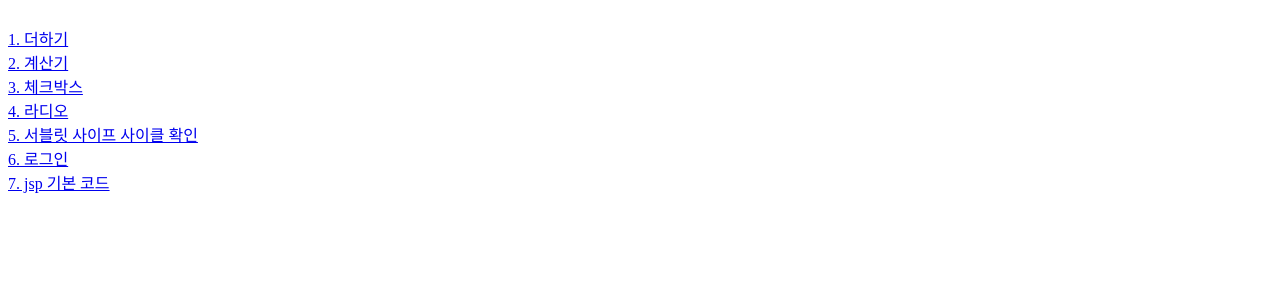
Repository: minimelody/servlet
Page: webworkspace2/web1/WebContent/index.html
An editor plug-in stored every save of this project. The page is shown before and after the next save, followed by the edit.
The browser window is 1280 px wide. The pictures show the whole page.

Above is the page before, as saved 2018-05-18 07:52:49.

After the next save:
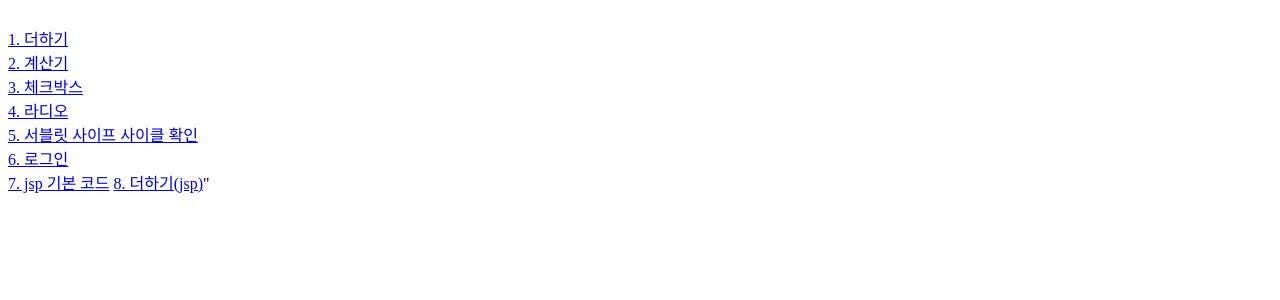
Saved 9 min 25 s later.
--- a/webworkspace2/web1/WebContent/index.html
+++ b/webworkspace2/web1/WebContent/index.html
@@ -13,5 +13,6 @@
 	<a href="views/ex1/life.html">5. 서블릿 사이프 사이클 확인</a><br>
 	<a href="views/ex1/login.html">6. 로그인</a><br>
 	<a href="views/jsp/jspEx1.jsp">7. jsp 기본 코드</a>
+	<a href="views/jsp/jspAdd.html">8. 더하기(jsp)</a>"
 </body>
 </html>
